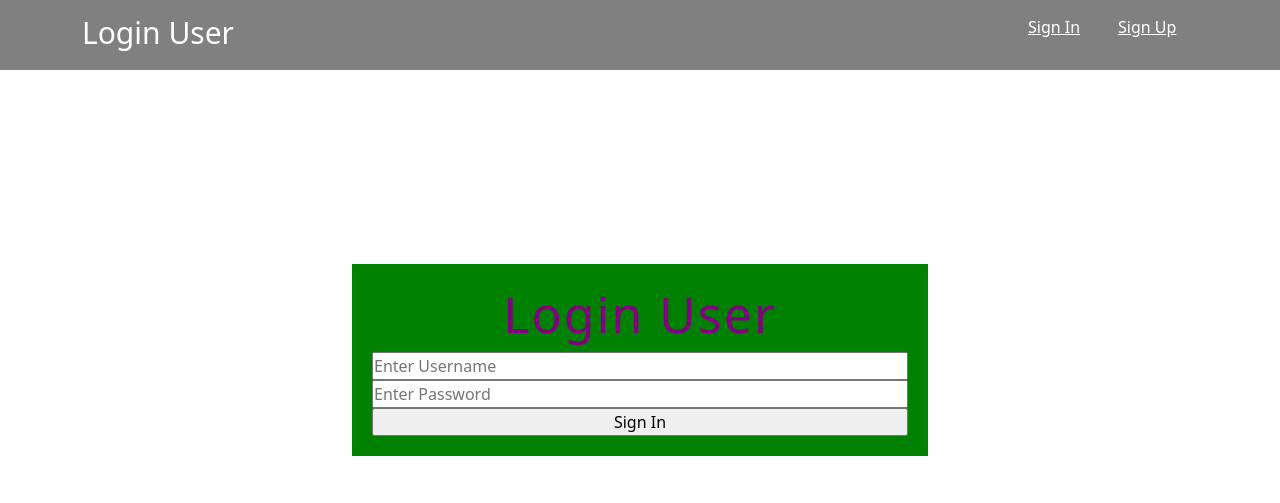
Repository: Ahmed123rezk123/App_Js
Page: login.html
The author's editor kept a copy of each file at every save. The page is drawn from the files as they stood at one save, then again after the next save.
The browser window is 1280 px wide. The pictures show the whole page.

Above is the page before, as saved 2024-03-22 23:20:47.

### login.html
<!DOCTYPE html>
<html lang="en">
  <head>
    <meta charset="UTF-8" />
    <meta name="viewport" content="width=device-width, initial-scale=1.0" />
    <title>Login Page</title>
    <link rel="stylesheet" href="css/style.css" />
    <link rel="stylesheet" href="css/all.css" />
    <link
      href="https://cdn.jsdelivr.net/npm/bootstrap@5.3.3/dist/css/bootstrap.min.css"
      rel="stylesheet"
    />
  </head>
  <body>
    <header>
      <div class="container">
        <div class="header-content">
          <a href="index.html" class="brand">Login User</a>
          <nav>
            <ul class="link">
              <li><a href="login.html">Sign In</a></li>
              <li><a href="register.html">Sign Up</a></li>
            </ul>
          </nav>
        </div>
      </div>
    </header>
        <section class="section-form">
            <h2>Login User</h2>
            <form>
                <input type="text" placeholder="Enter Username" id="username">
                <input type="password" placeholder="Enter Password" id="password">
                <input type="submit" value="Sign In" id="sign_in">
            </form>
        </section>

        <script src="https://cdn.jsdelivr.net/npm/bootstrap@5.3.3/dist/js/bootstrap.bundle.min.js"></script>
  </body>
</html>

### css/style.css
* {
    margin: 0;
    padding: 0;
    box-sizing: border-box;
}

.container {
    width: 80%;
    margin: auto;
}
header {
    height: 70px;
    background-color: gray;
    padding: 10px 0;
}
.header-content {
    display: flex;
    justify-content: space-between;
    /* align-items: center; */
}
.header-content .brand {
    font-size: 30px;
    color: white;
    text-decoration: none;

}

nav ul {
    display: flex;
    list-style: none;

}
nav  li a {
    display: block;
    color: white;
    min-width: 80px;
    /* text-decoration: none; */
    margin: 0px 5px;
    padding: 5px;

}
/* form */
.section-form {
    position: absolute;
    top: 50%;
    left: 50%;
    transform: translate(-50%,-50%);
    width: 45%;
    text-align: center;
    background-color: green;
    padding: 20px;
}
.section-form h2 {
    font-size: 50px;
    letter-spacing: 2px;
    color: purple;
}
.section-form form input {
display: block;
width: 100%;
}

Loaded but not shown: css/all.css (library)

After the next save:
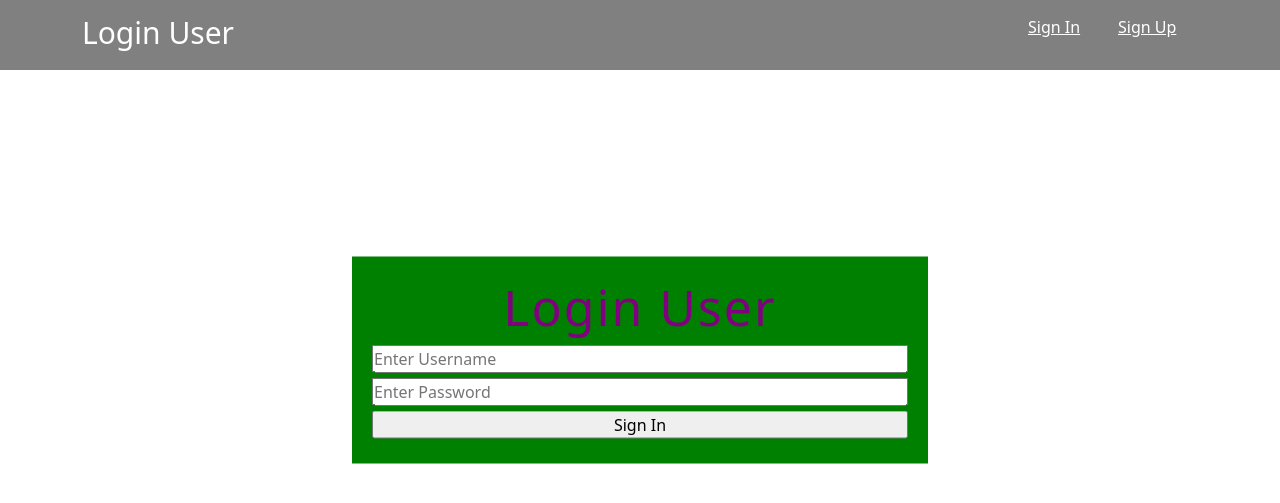
Saved 10 s later.
--- a/css/style.css
+++ b/css/style.css
@@ -58,4 +58,5 @@ nav  li a {
 .section-form form input {
 display: block;
 width: 100%;
+margin: 5px 0px;
 }
